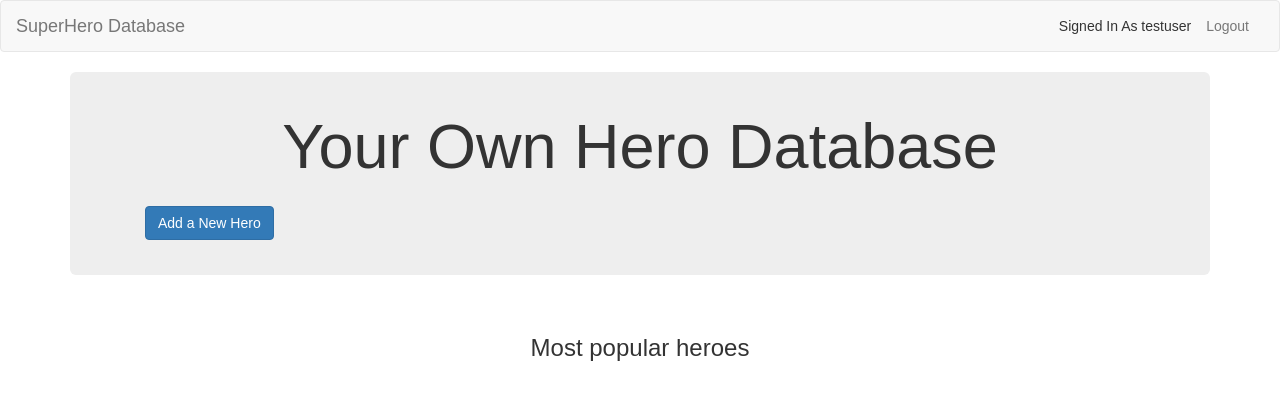
Repository: VincentChan5650/Hero-Database
Page: http://localhost/heroLists
The author's editor kept a record of every edit. The page is drawn from the files as they stood at one moment, then again after the next edit.
The browser window is 1280 px wide. The pictures show the whole page.
Some web fonts or font styles are not loaded; a fallback is used. The page is served by the project's Node server (app.js). A made-up user is signed in: {"id": 1, "_id": "000000000000000000000001", "name": "Test User", "username": "testuser", "email": "test@example.com", "role": "admin"}. Other server files are loaded and not shown. Queries for data that is not in the repository find no rows.

Above is the page before.

### views/heroLists.ejs
<% include partials/header %>

<div class="container">
    <header class="jumbotron">
        <div class="container">
            <h1>Your Own Hero Database</h1>
            <p>
                <a class="btn btn-primary btn-large" href="/heroLists/new">Add a New Hero</a>
            </p>
        </div>
    </header>

    <div class="row">
        <div class="col-lg-12">
            <h3>Most popular heroes</h3>
        </div>
    </div>
    <div class="row text-center">
        <% herodatabases.forEach(function(herodatabases){ %>
            <div class="col-md-3 col-sm-6">
                <div class="thumbnail">
                    <img src="<%= herodatabases.image %>">
                    <div class="caption">
                        <h4><%= herodatabases.name %></h4>
                    </div>
                    <p>
                        <a href="/heroLists/<%= herodatabases._id %>" class="btn btn-primary">More Info</a>
                    </p>
                </div>
            </div>
        <% });%>
    </div>
</div>
<% include partials/footer %>

### views/partials/header.ejs
<!DOCTYPE html>
<html>
    <head>
        <title>SuperHero Database</title>
        <link href="https://fonts.googleapis.com/css?family=Baloo" rel="stylesheet">
        <link rel="stylesheet" href="https://maxcdn.bootstrapcdn.com/bootstrap/3.3.7/css/bootstrap.min.css">
        <link rel="stylesheet" href="/stylesheets/main.css" type="text/css">
    </head>
    <body>
        <nav class="navbar navbar-default">
        <div class="container-fluid">
            <div class="navbar-header">
                <a class="navbar-brand" href="/">SuperHero Database</a>
            </div>
            <div class="collapse navbar-collapse">
                <ul class="nav navbar-nav navbar-right">

                    <% if(!currentuser){ %>

                    <li><a href="login/">Login</a></li>
                    <li><a href="/register">Sign Up</a></li>

                    <% } else{ %>
                    <li style="padding-top:15px;">Signed In As  <%= currentuser.username %></li>
                    <li><a href="/logout">Logout</a></li>
                    <% } %>

                </ul>
            </div>
        </div>
    </nav>

### app.js
//----------------CONFIGURATION---------------------------
var express             = require("express"),
        app             = express(),
        bodyParser      = require("body-parser"),
        LocalStrategy   = require("passport-local"),
        passport        = require("passport"),
        User            = require("./model/user"),
        mongoose        = require("mongoose");

//connect to db
mongoose.connect("mongodb://localhost/hero_database");
app.set("view engine", "ejs");
app.use(bodyParser.urlencoded({extended:true}));
app.use(require("express-session")({
    secret:"Wait For It",
    resave:false,
    saveUninitialized: false
}));

app.use(express.static(__dirname + '/public'));
app.use(passport.initialize());
app.use(passport.session());
passport.use(new LocalStrategy(User.authenticate()));
passport.serializeUser(User.serializeUser());
passport.deserializeUser(User.deserializeUser());

app.use(function(req, res, next){
    res.locals.currentuser = req.user;
    next();
})

//db SCHEMA SETUP
var heroDatabaseSchema = new mongoose.Schema({
   name: String,
   heroTitle: String,
   city:String,
   power:String,
   description: String,
   image:String
});

//collection name
var HeroDatabase = mongoose.model("Herodatabase", heroDatabaseSchema);


//------------ROUTES------------------
app.get("/", function(req, res){
    res.render("landing");
});

//Index route
app.get("/heroLists", isLoggedIn, function(req, res){
    //get all data (row) from db
    console.log(req.user)
    HeroDatabase.find({},function(err, herodatabases){
        if(err){
            console.log(err);
        }else{
            res.render("heroLists", {herodatabases:herodatabases, currentuser: req.user});
        }
    })
});

//New route
app.get("/heroLists/new", isLoggedIn, function(req, res){
   res.render("new.ejs");
});

//Create route
app.post("/heroLists", isLoggedIn, function(req,res){
    //gather date from /new
    var name = req.body.name;
    var heroTitle = req.body.heroTitle;
    var city = req.body.city;
    var power = req.body.power;
    var description = req.body.description;
    var image = req.body.image;
    //create a new campground object
    var newHero = {
        name: name,
        heroTitle:heroTitle,
        city: city,
        power: power,
        description: description,
        image: image
    }
    //create a new herodata and save to DB
    HeroDatabase.create(newHero, function(err, newlyCreated){
        if(err){
            console.log(err);
        }else{
            res.redirect("/heroLists")
        }
    })

});

//Show route
app.get("/heroLists/:id", isLoggedIn, function(req, res){
    //find the data by id which come from the index route
    HeroDatabase.findById(req.params.id, function(err, foundHero){
        if(err){
            console.log(err);
        }else{
            res.render("show", {hero:foundHero});
        }
    });
});

//Auth routes
app.get("/register", function(req, res){
    res.render("register");
});

app.post("/register", function(req, res){
    var newUser = new User({username: req.body.username});
    User.register(newUser, req.body.password, function(err, user){
        if(err){
            console.log(err);
            return res.render("register");
        }else{
            passport.authenticate("local")(req, res, function(){
                res.redirect("/heroLists");
            })
        }
    });
});

app.get("/login", function(req, res){
    res.render("login");
});
//log in with middleware
app.post("/login",passport.authenticate("local",
    {
        successRedirect:"/heroLists",
        failureRedirect:"/login"
        }), function(req, res){
    res.send("Work?");
})

app.get("/logout", function(req, res){
    req.logout();
    res.redirect("/");
});

function isLoggedIn(req, res, next){
    if(req.isAuthenticated()){
        return next();
    }
    res.redirect("/login");
}

//------------listen------------------
app.listen(process.env.PORT, process.env.IP, function(){
   console.log("The Hero Database Has Started!");
});

### public/stylesheets/main.css
*{
    padding:0;
    margin:0;
    font-family: 'Baloo', 'Arial', sans-serif;
}
h1{
    text-align: center;
    padding-bottom: 15px;
    font-weight: 200;
}

.row{
    padding: 10px;
    margin:0 auto;
    text-align: center;
}

.form-style{
    width:30%;
    margin:0 auto;
}
.jumbotron{
    padding-top:20px;
    padding-bottom:20px;
}

.hero-img{
    float:left;
}
.hero-info{
    float:right;
}

Loaded but not shown: views/partials/footer.ejs (common file)

After the next edit:
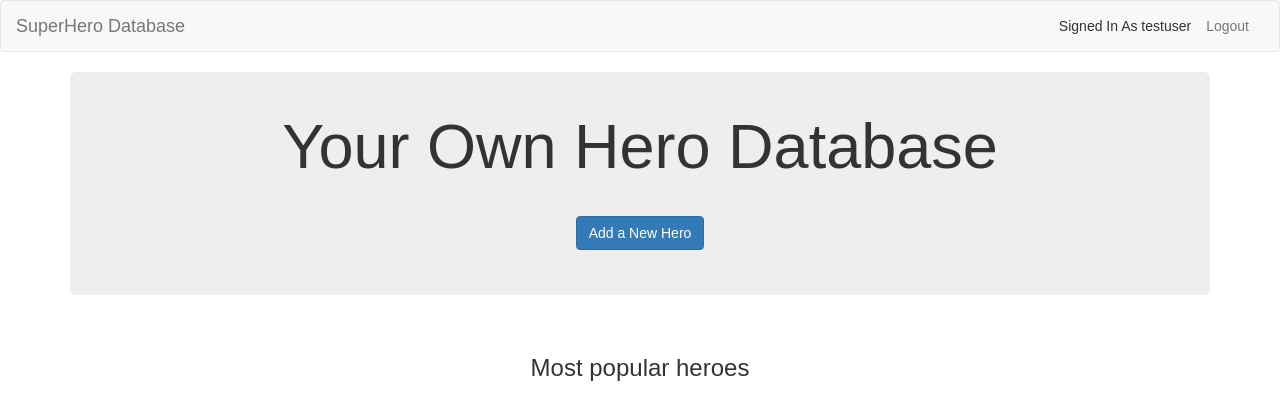
The edit:
--- a/views/heroLists.ejs
+++ b/views/heroLists.ejs
@@ -4,7 +4,7 @@
     <header class="jumbotron">
         <div class="container">
             <h1>Your Own Hero Database</h1>
-            <p>
+            <p class="row">
                 <a class="btn btn-primary btn-large" href="/heroLists/new">Add a New Hero</a>
             </p>
         </div>
